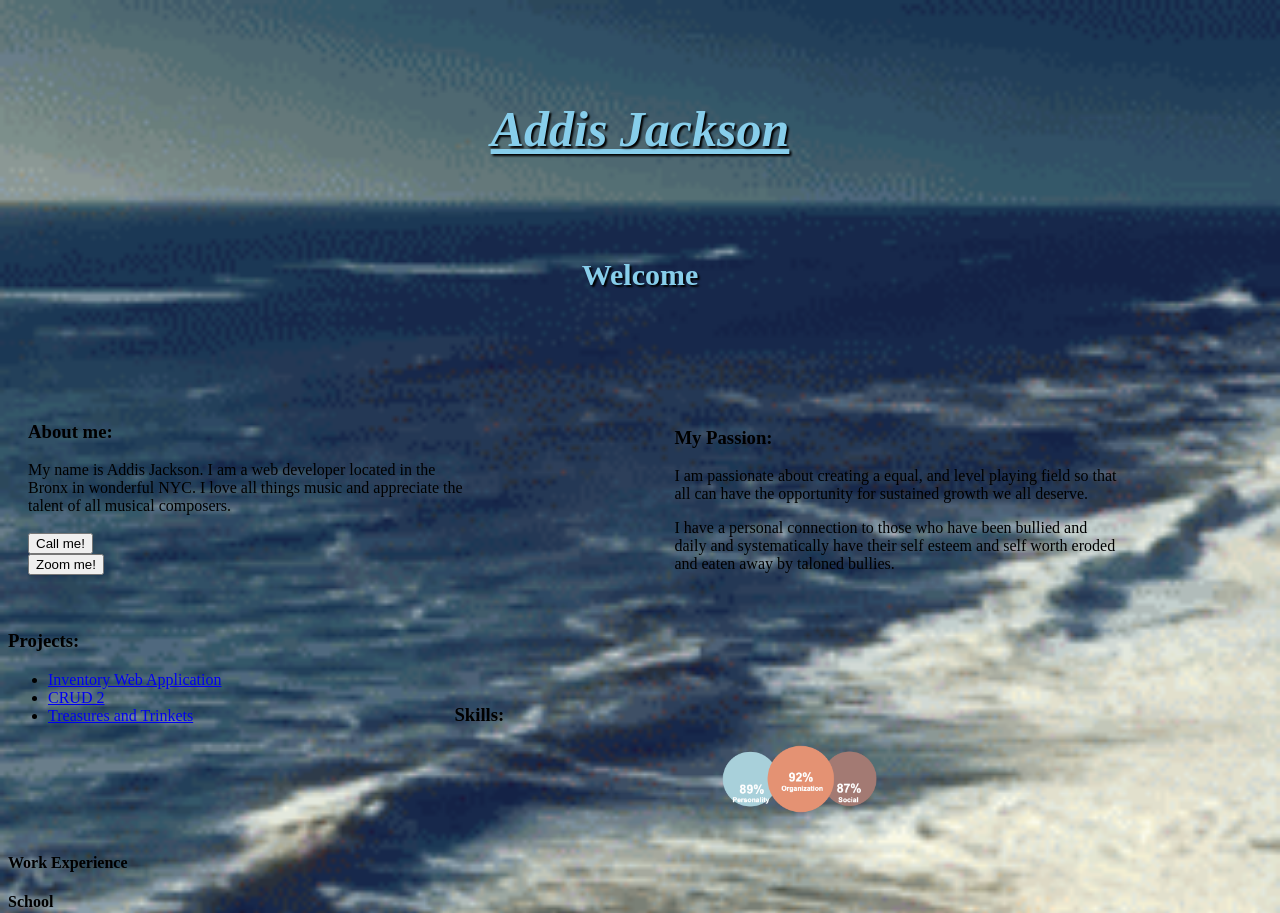
Repository: 10-2-pursuit/lab-design-assets
Page: index.html
These files come from the project's save history. The page is drawn as it stood at one moment and after the next save; the edit follows.
The browser window is 1280 px wide. The pictures show the part of the page from y = 0 to 913 px (the page is 1932 px tall before and 1942 px after).
A picture or video elsewhere on the page could not be fetched, so the positions and the page height are approximate.

Above is the page before, as saved 2023-07-16 05:56:08.

### index.html
<!DOCTYPE html>
<html lang="en">
  <head>
    <meta charset="UTF-8" />
    <meta http-equiv="X-UA-Compatible" content="IE=edge" />
    <meta name="viewport" content="width=device-width, initial-scale=1.0" />
    <link rel="stylesheet" href="style.css" />
    <title>MY PORTFOLIO</title>
  </head>
  <body>
    <header>
      <h1>Addis Jackson</h1>
    </header>
    <main>
      <section>
        <h2>Welcome</h2>
        <article for="about" class="about">
          <h3>About me:</h3>
          <p>
            My name is Addis Jackson.
            I am a web developer located in the Bronx in wonderful NYC.
            I love all things music and appreciate the talent of all musical composers.
            <br>
            <br>
            <button for="callMe">Call me!</button>
            <br>
            <button for="zoomMe" href=""https://us06web.zoom.us/j/7717484238">Zoom me!</button>
          </p>
        </article>
        <article for="passion" class="passion">
          <h3>My Passion:</h3>
          <p>I am passionate about creating a equal, and level playing field so that all can have the opportunity for sustained growth we all deserve.</p>
          <p>I have a personal connection to those who have been bullied and daily and systematically have their self esteem and self worth eroded and eaten away by taloned bullies.</p>

        </article>
      </section>
      <section>
        <article class="projects">
          <h3>Projects:</h3>
          <ul>
            <!-- TO DO LINK TO THE THREE LABS OR PROJECTS YOU ARE MOST PROUD OF SO FAR -->
            <li><a href="https://github.com/addisjackson/inventory-web-application">Inventory Web Application</a></li>
            <li><a href="https://github.com/addisjackson/crud2">CRUD 2</a></li>
            <li><a href="https://github.com/addisjackson/Treasures-and-Trinkets-Project-AddisJackson">Treasures and Trinkets</a></li>
          </ul>
        </article>
        <article class="skills">
        <h3>Skills:</h3>
          <img src="./assets/Pasted Graphic 1.png" alt="Skills section"></img>
        </article>
      </section>
    </main>
    <aside>
      <h4>Work Experience</h4>
      <!-- add whatever details you want here -->
      <h4>School</h4>
      <!-- add whatever details you want here -->
    </aside>
    <footer>
      <ul>
        <li>
          <!-- TO DO UPDATE LINKS TO GO TO YOUR PROFILES/EMAIL -->
          <a href="https://www.linkedin.com/addisjackson"
            ><img src="./assets/LinkedIn-Logos/LI-Logo.png" alt=""
          /></a>
        </li>
        <li>
          <a href="https://github.com/addisjackson"
            ><img src="./assets/github-mark/github-mark.png" alt=""
          /></a>
        </li>
        <li>
          <a href="mailto:addisjackson@pursuit.org"
            ><img src="./assets/email-g8e9fd44a3_640.png" alt="Email me"
          /></a>
        </li>
      </ul>
    </footer>
  </body>
</html>

### style.css
body {
    background-image: url("./assets/waves-beach.gif");
    background-repeat: no-repeat;
    background-size: cover;
}

h1 {
    font-size: 50px;
    color: skyblue;
    text-align: center;
    margin-top: 100px;
    margin-bottom: 100px;
    text-shadow: 2px 2px 2px black;
    font-weight: bold;
    font-family: Calibri Light, Calibri,;
    font-style: italic;
    text-decoration: underline;
}

h2 {
    font-size: 30px;
    color: skyblue;
    text-align: center;
    margin-top: 100px;
    margin-bottom: 100px;
    text-shadow: 2px 2px 2px black;
    font-weight: bold;
    font-family: fantasy;
}

article {
    display: inline-block;
}

.about {
    text-align: left;
    margin-top: 10px;
    margin-bottom: 10px;
    margin-left: 20px;
    margin-right: 200px;
    width: 35%
}

.about p {
    word-wrap: width ;
}
.passion p {
    word-wrap: width ;
}

.passion {

    text-align: left;
    margin-top: 10px;
    margin-bottom: 10px;
    margin-right: 20px;
    width: 35%
}

.projects .skills {
    display: inline-block;
}

.projects  {
    text-align: left;
    margin-top: 10px;
    margin-bottom: 10px;
    margin-right: 1opx;
    width: 35%;
}

.skills {
    text-align: left;
    margin-top: 10px;
    margin-bottom: 10px;
    margin-right: 20px;
    width: 35%;
}

Img {
    display: block;
    margin-left: auto;
    margin-right: auto;
    width: 35%;
    height: auto;
    margin-top: 10px;
    margin-bottom: 10px;
    margin-right: 20px;
}

After the next save:
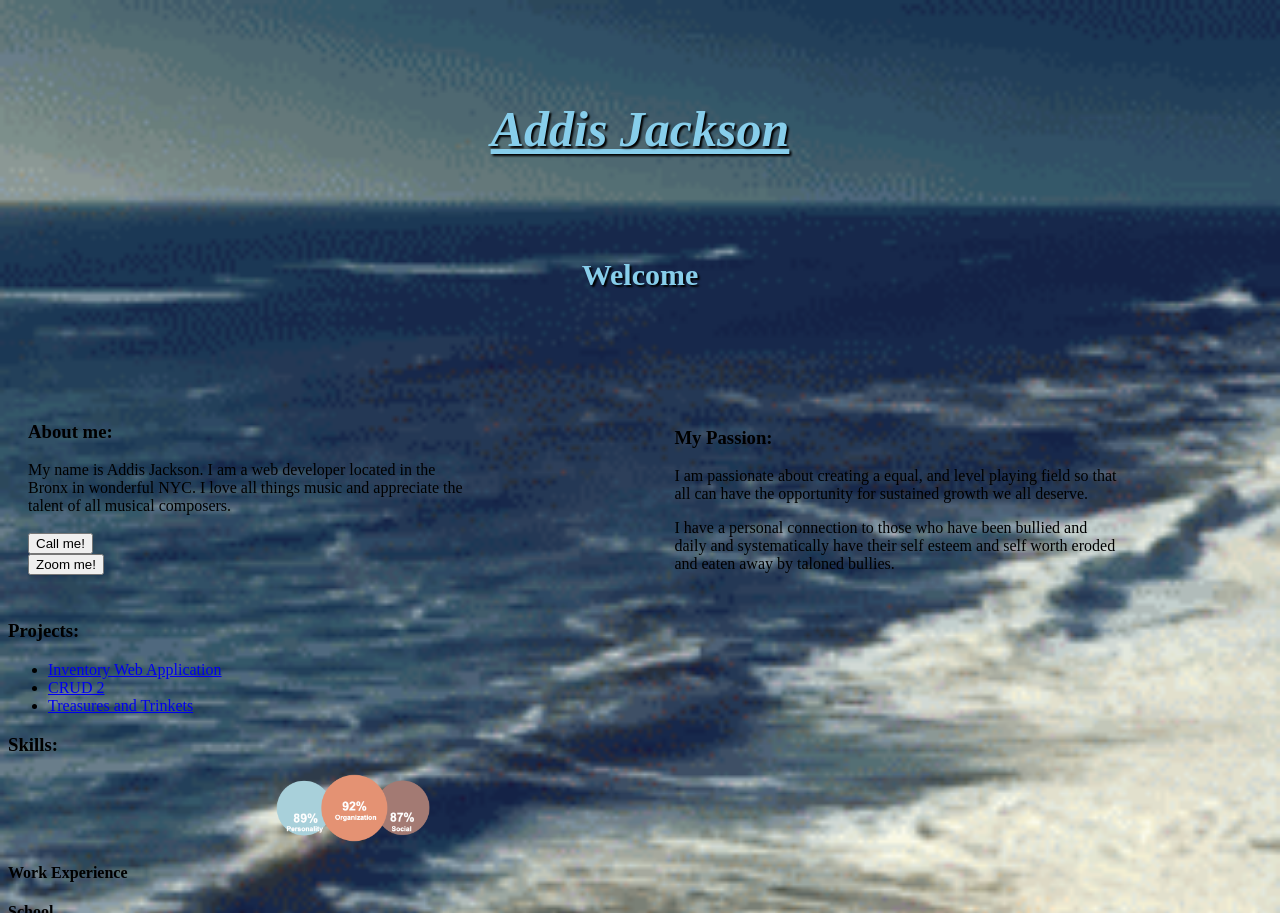
Saved 3 min 15 s later.
--- a/style.css
+++ b/style.css
@@ -62,6 +62,7 @@ article {
 }
 
 .projects  {
+    display: block;
     text-align: left;
     margin-top: 10px;
     margin-bottom: 10px;
@@ -70,6 +71,7 @@ article {
 }
 
 .skills {
+    display: block;
     text-align: left;
     margin-top: 10px;
     margin-bottom: 10px;
@@ -87,3 +89,7 @@ Img {
     margin-bottom: 10px;
     margin-right: 20px;
 }
+
+footer, img {
+    display: block;
+}
